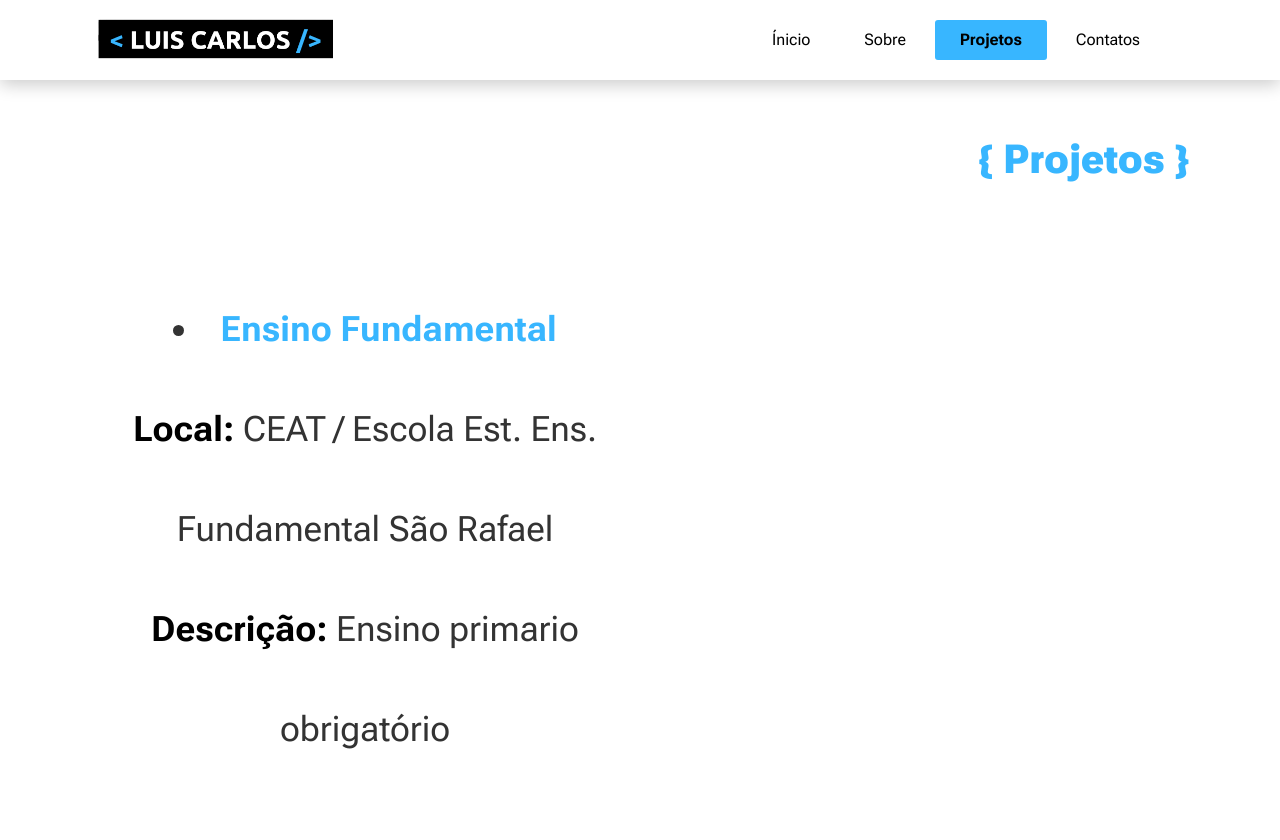
Repository: Iluiscarlos/SitePortifolio
Page: projects.html
These files come from the project's save history. The page is drawn as it stood at one moment and after the next save; the edit follows.
The browser window is 1280 px wide. The pictures show the whole page.
Some web libraries are served in a nearby version.

Above is the page before, as saved 2022-05-25 20:56:14.

### projects.html
<!DOCTYPE html>
<html lang="pt-BR">

<head>
    <meta charset="UTF-8">
    <meta name="viewport" content="width=device-width, initial-scale=1.0">
    <meta http-equiv="X-UA-Compatible" content="ie=edge">
    <title>Luís Carlos</title>
    <link rel="stylesheet" href="Styles/base/reset.css">
    <link rel="stylesheet" href="Styles/base/variables.css">
    <link rel="stylesheet" href="Styles/base/base.css">
    <link rel="stylesheet" href="Styles/layout/header.css">
    <link rel="stylesheet" href="Styles/layout/about.css">
    <link rel="stylesheet" href="Styles/layout/projects.css">
    <link rel="stylesheet" href="Styles/layout/footer.css">
    <link rel="stylesheet" href="Styles/components/icon.css">
    <script src="https://kit.fontawesome.com/2c48374459.js" crossorigin="anonymous"></script>
    <link rel="preconnect" href="https://fonts.googleapis.com">
    <link rel="preconnect" href="https://fonts.gstatic.com" crossorigin>
    <link
        href="https://fonts.googleapis.com/css2?family=Roboto+Flex:opsz,wght@8..144,100;8..144,200;8..144,300;8..144,400;8..144,500;8..144,600;8..144,700;8..144,800;8..144,900&display=swap"
        rel="stylesheet">
</head>

<body>
    <header class="header">
        <div class="container">
            <img src="icons/logo.png" class="header__logo">
            <nav class="menu__item">
                <a href="index.html" class="menu__item">Ínicio</a>
                <a href="about.html" class="menu__item">Sobre</a>
                <a href="projects.html" target="_self" class=" menu__item menu__item--active">Projetos</a>
                <a href="contacts.html" class="menu__item">Contatos</a>
            </nav>
        </div>
    </header>
    <main class="container">
        <h1 class="about__tittle">{ Projetos }</h1>
        <section class="projects">
            <div class="projects__list">
                <li><b class="bold__blue">Ensino Fundamental</b><br>
                    <b class="bold__black">Local:</b> CEAT / Escola Est. Ens. Fundamental São Rafael<br>
                    <b class="bold__black">Descrição:</b> Ensino primario obrigatório
                </li>
            </div>
            <div class="projects__description">

            </div>
        </section>
    </main>
</body>

</html>

### Styles/base/variables.css
:root{
    --color-red: #F41B3B;
    --color-green: #1EBC99;
    --color-blue: #38b6ff;
    --color-blue1: #0058dd;
    --color-purple:#6b009d;
    --color-yellow: #F9CC0D;
    --color-white: #ffffff;
    --color-black: #000000;
    --color-black1: #333;
    --color-darken-gray: #363536;
    --color-light-gray: #807E81;
    --color-gray: #4f4e50;
    --color-fa: #fafafa;
    --color-ea: #eaeaea;
    --color-cece: #cecece;

--font-family-Roboto:"Roboto Flex", 'Sans serif';
--font-size-default: 16px;
--border-radius-default:3px;

--font-family-primary: var(--font-family-Roboto);
}

### Styles/base/base.css
body {
    font-family: var(--font-family-primary);
    font-size: var(--font-size-default);
    background-color:  var(--color-white);
    color: var(--color-black1);
}


.divisor{
    size: 1;
    width: 100%;
}

.container {
    width: 1100px;
    max-width: 100%;
    margin-left: auto;
    margin-right: auto;
    margin-bottom: 60px;
  }

### Styles/layout/header.css
.header{
    position: fixed;
    height: 80px;
    font-size: 16px;
    background-color: var(--color-white);
    box-shadow: 0 5px 1em #cecece;
    top: 0;
    left: 0;
    right: 0;
}

.header .container{
    display: flex;
    align-items: center;
    height: 100%;
}
.menu__item{
    display: inline-block;
    padding: 0 25px 0;
    text-decoration: none;
    /*border-right: 2px solid var(--color-blue);*/
    color: var(--color-black);
    margin-left: auto;
}

.menu__item--active{
    color: var(--color-black);
    display: inline-block;
    text-align: center;
    font-weight: bold;
    line-height: 40px;
    border-radius: 3px;
    background: var(--color-blue);
}

/*.menu__item:last-child{
    border-right: none;
}*/

.header__logo{
    width: 250px;
}


@media only screen and (max-width: 480px){
    .header{
    display: block;
    position: fixed;
    top: 60px;
    left: 0;
    right: 0;
    bottom: 0;
    background-color: pink;
    transform: translateX(-100%);

}


    .header__menu::-webkit-scrollbar{
        width: 0;
        height: 0;
    }

    .menu__item{
        display: block;
        margin: 20px 0;
    }

}

### Styles/layout/about.css
.about{
    display: flex;
}

.about__photo{
    width: 400px;
    height: 500px;
    padding-top: 280px;
    padding-right: 50px;
    vertical-align: middle;
    object-fit: cover;
}


.about__tittle{
    color: var(--color-blue);
    font-size: 40px;
    font-weight:900;
    padding-top: 140px;
    text-align: end;
}


.about__content{
    font-family: var(--font-family-primary);
    font-size: 18px;
    padding-top: 30px;
    text-align: justify;
    line-height: 1.25;
}


a{
    text-decoration: none;
}

.bold__blue{
    font-weight: bold;
    color: var(--color-blue);
}

.bold__black{
    font-weight: bold;
    color: var(--color-black);
}


.experience{
    display: flex;
    flex-direction: column;
}

.subtitle{
    color: var(--color-blue);
    font-size: 40px;
    font-weight:500;
    padding-top: 25px;
    text-align: center;
    vertical-align:top;
}

.experience__list{
    text-align: justify;
    font-size: 18px;
    font-weight: 400;
    line-height: 25px;
}

.experience__edu{
    text-align: justify;
    font-size: 18px;
    font-weight: 400;
    line-height: 25px;
}

### Styles/layout/projects.css
.projects{
    display: flex;

    margin-top: 100px;

}

.projects__list{
    width: 50%;
    font-size: 35px;
    text-align: center;
    line-height: 100px;
}

.projects__description{
    width: 50%;
    text-align: center;

}

### Styles/layout/footer.css
footer{
display: block;
background-color: var(--color-black);
}

.andress {
    display: flex;
    height: 350px;
    color: var(--color-white);
    align-items: center;
    justify-content: space-between;
    padding-left: 100px;
}


.andress__contacts{
    display: block;
    font-size: var(--font-size-default);
    line-height: 60px;
}

.andress__contacts-tittle{
    color: var(--color-blue);
    font-size: 28px;
    font-weight: 900;

}


.contacts{
    display: block;
    text-decoration: none;
    color: var(--color-white);
}

.andress__rede{
    display: block;
    font-size: 20px;
    padding-left: 150px;
    padding-right: 100px;
}

.andress__add{
    line-height: 25px;
    padding-left: 100px;
    text-align:center;
}


.footer__copy{
    display: flex;
    height: 60px;
    font-size: var(--font-size-default);
    color: var(--color-white);
    text-align: center;
    justify-content:center;
    align-items: center;
}

### Styles/components/icon.css
.icon__large{
    font-size: 4em;
    color: var(--color-blue1);
    text-align: center;
}

.icon__large:last-child{
    text-align: end;
}

.social .icon__large{
    color: var(--color-white);
}

.icon__medium{
    text-decoration: none;
    font-size: 2em;
    color: var(--color-white);
    letter-spacing: 15px;
}

.icon__small{
    text-decoration: none;
    text-align: end;
    font-size: 1em;
    color: var(--color-blue);
    letter-spacing: 7px;
}

.icon__small i:hover{
    transform: translateX(1px) rotate(10deg) translateY(0.3px) scale(1.2);
    transition-duration: 1000ms;
}

.icon__medium i:hover{
    transform: translateX(1px) rotate(10deg) translateY(0.3px) scale(1.2);
    transition-duration: 1000ms;
}

Loaded but not shown: Styles/base/reset.css (common file)

After the next save:
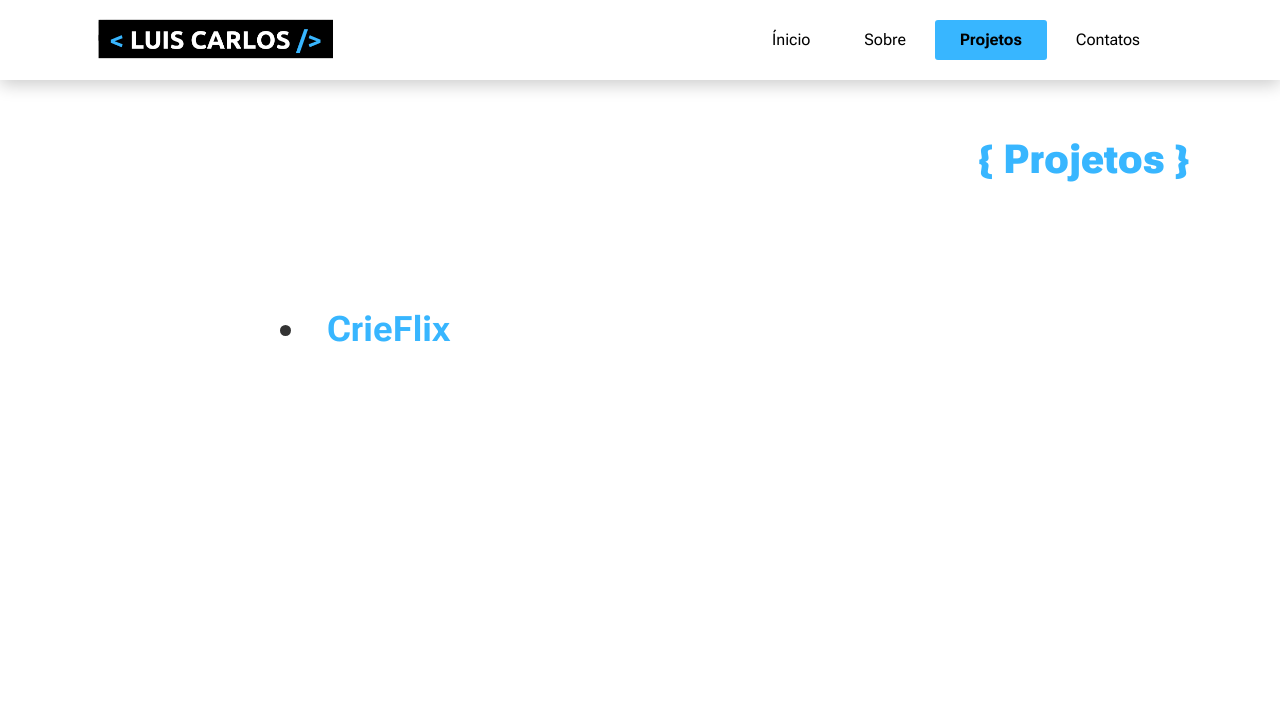
Saved 17 min 24 s later.
--- a/projects.html
+++ b/projects.html
@@ -38,10 +38,7 @@
         <h1 class="about__tittle">{ Projetos }</h1>
         <section class="projects">
             <div class="projects__list">
-                <li><b class="bold__blue">Ensino Fundamental</b><br>
-                    <b class="bold__black">Local:</b> CEAT / Escola Est. Ens. Fundamental São Rafael<br>
-                    <b class="bold__black">Descrição:</b> Ensino primario obrigatório
-                </li>
+                <li><b class="bold__blue">CrieFlix</b></li>
             </div>
             <div class="projects__description">
 
